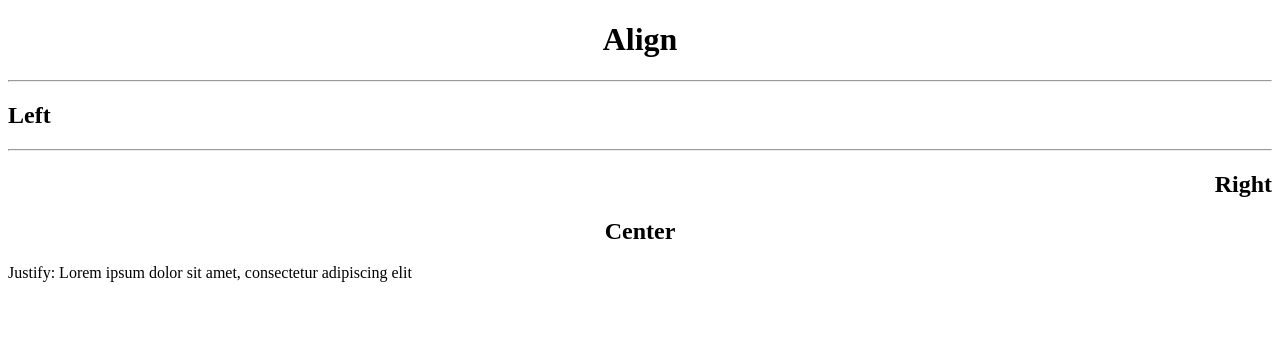
Repository: ankitgujre01/HTMLgeeks
Page: Attribute.html
An editor plug-in stored every save of this project. The page is shown before and after the next save, followed by the edit.
The browser window is 1280 px wide. The pictures show the whole page.

Above is the page before, as saved 2025-09-02 23:43:25.

### Attribute.html
<!DOCTYPE html>
<html>
    <head>
        <title>Attribute</title>
    </head>
    <body>
        <h1 align="center">Align</h1> <hr>
        <h2 align="left">Left</h2> <hr>
        <h2 align="right">Right</h2>
        <h2 align="center">Center</h2>
        <p align="justify">Justify: Lorem ipsum dolor sit amet, consectetur adipiscing elit</p>
    </body>
</html>

After the next save:
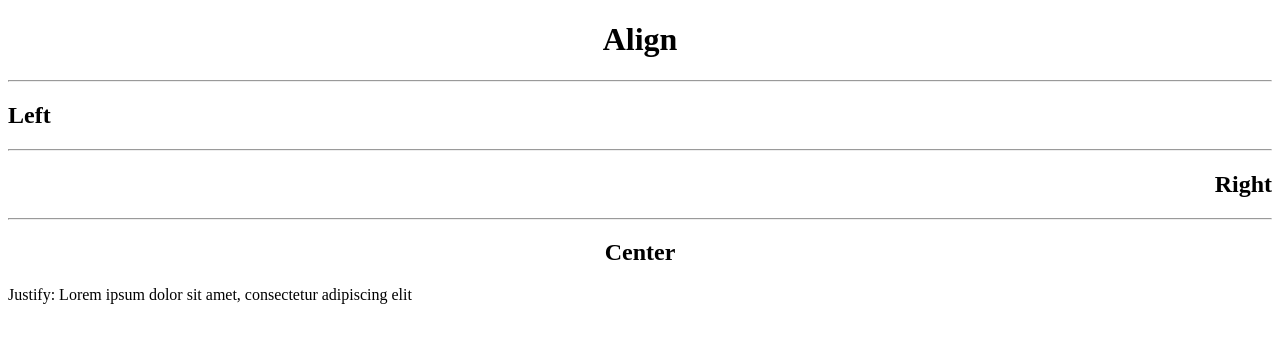
Saved 4 s later.
--- a/Attribute.html
+++ b/Attribute.html
@@ -6,7 +6,7 @@
     <body>
         <h1 align="center">Align</h1> <hr>
         <h2 align="left">Left</h2> <hr>
-        <h2 align="right">Right</h2>
+        <h2 align="right">Right</h2> <hr>
         <h2 align="center">Center</h2>
         <p align="justify">Justify: Lorem ipsum dolor sit amet, consectetur adipiscing elit</p>
     </body>
